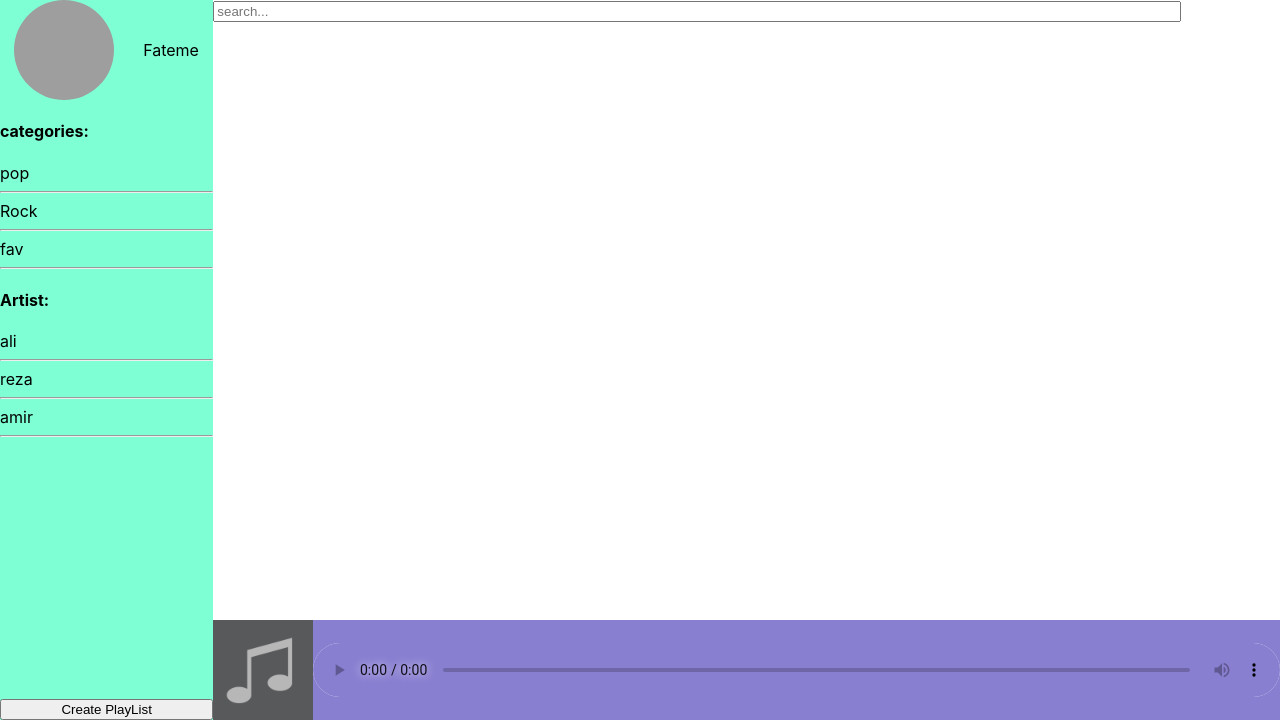
Repository: fateme81yosefi/musicPlayer
Page: /
The author's editor kept a copy of each file at every save. The page is drawn from the files as they stood at one save, then again after a run of saves.
The browser window is 1280 px wide. The pictures show the whole page.
Pictures or frames that could not be fetched are drawn as grey boxes. The project was rebuilt for these pictures with package versions that can differ from the ones it lists, and the page was loaded fresh each time. Also part of the build but not shown: src/Data/FileUploader/FileUploader.js.

Above is the page before, as saved 2024-06-12 09:48:48.

After the next 5 saves:
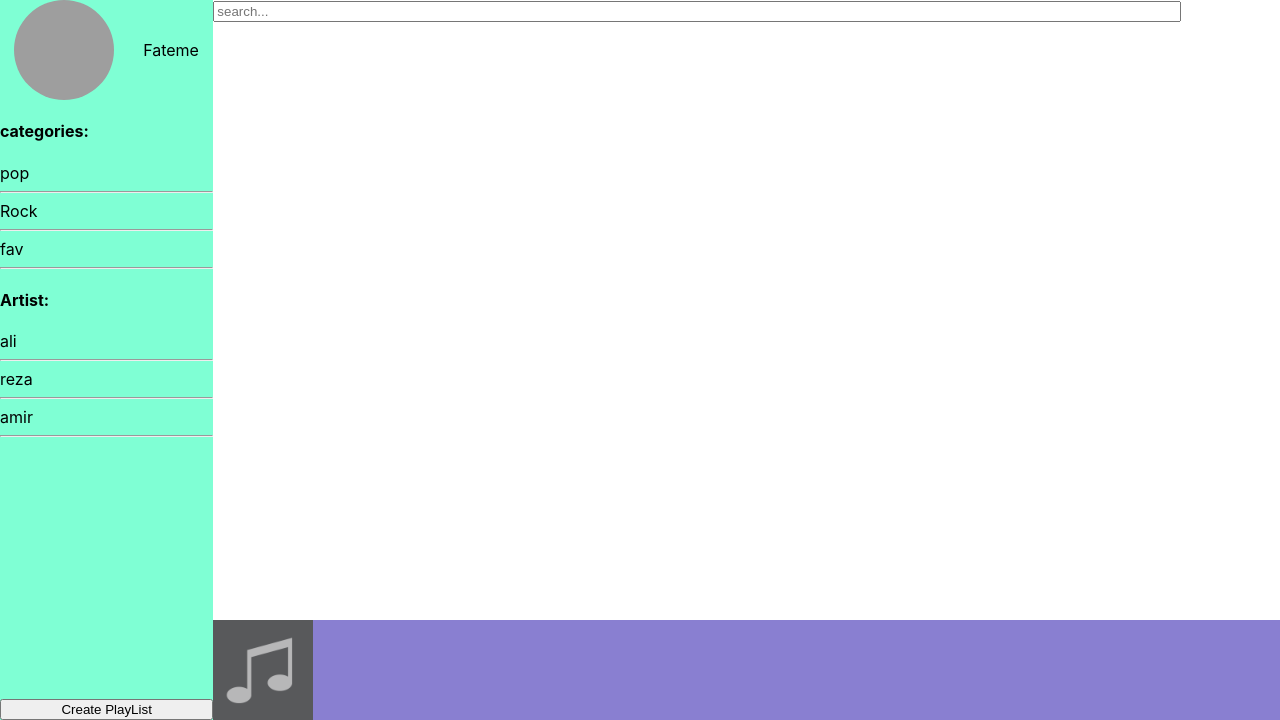
The 5 saves are shown as one change because they came seconds apart.
The last was saved 14 s later.
--- a/src/Components/MainPage/MainPage.js
+++ b/src/Components/MainPage/MainPage.js
@@ -39,8 +39,10 @@ const MainPage = () => {
                 <div className="currentlyPlay">
 
                     <img src="/song_cover.png" alt="کاور آهنگ" />
-                    <div className="containName"></div>
-                    <audio id="player" src="/Armin Zarei - Daram Havato (320).mp3" controls ></audio>
+                    <div className="containName">
+                        <audio id="player" src="/Armin Zarei - Daram Havato (320).mp3" controls ></audio>
+
+                    </div>
                 </div>
                 <div>
                 </div>
